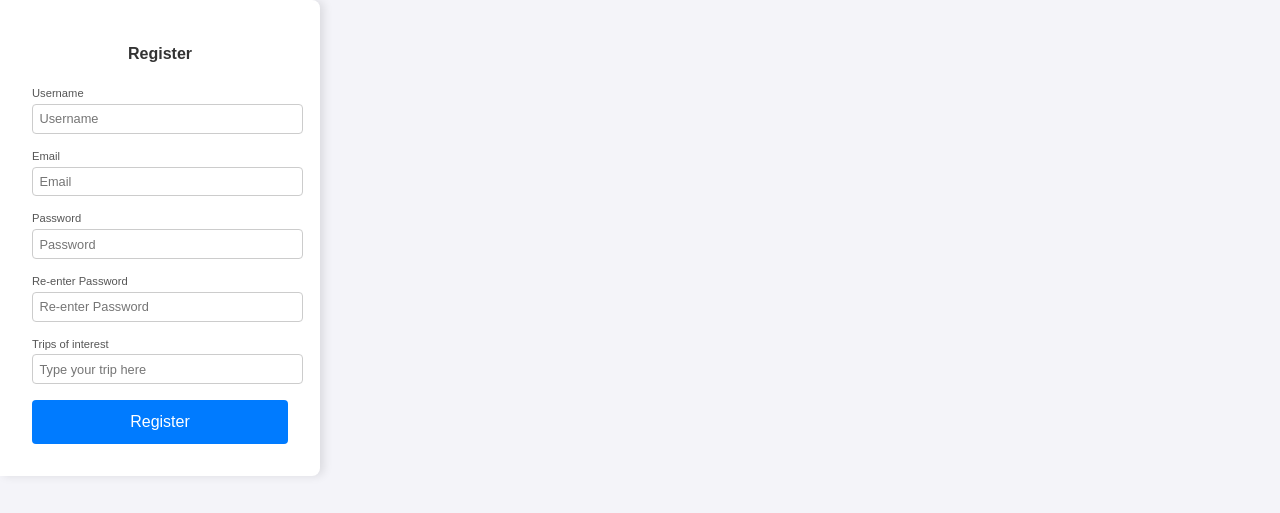
Repository: Nuttawut-Amattong/outtrip
Page: /register (app in OutTrip/)
The author's editor kept a copy of each file at every save. The page is drawn from the files as they stood at one save, then again after the next save.
The browser window is 1280 px wide. The pictures show the whole page.
The project was rebuilt for these pictures with package versions that can differ from the ones it lists, and the page was loaded fresh each time. Also part of the build but not shown: OutTrip/vite.config.js, OutTrip/src/pages/Login.jsx, OutTrip/src/pages/Forgetpass.jsx.

Above is the page before, as saved 2025-05-19 00:53:00.

### OutTrip/src/main.jsx
import { StrictMode } from 'react';
import { createRoot } from 'react-dom/client';
import { BrowserRouter, Routes, Route } from 'react-router-dom';
import Login from './pages/Login.jsx';
import Register from './pages/Register.jsx';
import Forgetpass from './pages/Forgetpass.jsx';

createRoot(document.getElementById('root')).render(
  <StrictMode>
    <BrowserRouter>
      <Routes>
        <Route path="/" element={<Login />} />
        <Route path="/register" element={<Register />} />
        <Route path="/forgot-password" element={<Forgetpass />} />
      </Routes>
    </BrowserRouter>
  </StrictMode>
);

### OutTrip/src/pages/Register.jsx
import React, { useState } from 'react';
import '../CSS/register.css';
const Register = () => {
    const [formData, setFormData] = useState({
        username: '',
        email: '',
        password: '',
        rePassword: '',
        trip: ''
    });

    const [error, setError] = useState('');

    const handleChange = (e) => {
        const { name, value } = e.target;
        setFormData({
            ...formData,
            [name]: value,
        });
        setError('');
    };

    const handleSubmit = (e) => {
        e.preventDefault();

        if (formData.password !== formData.rePassword) {
            setError('Passwords do not match');
            return;
        }

        console.log('Registering user:', formData);

    };

    return (
        <div className="register-container">
            <h2>Register</h2>
            <form onSubmit={handleSubmit}>
                <div>
                    <label htmlFor="username">Username</label>
                    <input
                        type="text"
                        id="username"
                        name="username"
                        value={formData.username}
                        onChange={handleChange}
                        placeholder="Username"
                        required
                    />
                </div>
                <div>
                    <label htmlFor="email">Email</label>
                    <input
                        type="email"
                        id="email"
                        name="email"
                        value={formData.email}
                        onChange={handleChange}
                        placeholder="Email"
                        required
                    />
                </div>
                <div>
                    <label htmlFor="password">Password</label>
                    <input
                        type="password"
                        id="password"
                        name="password"
                        value={formData.password}
                        onChange={handleChange}
                        placeholder="Password"
                        required
                    />
                </div>
                <div>
                    <label htmlFor="rePassword">Re-enter Password</label>
                    <input
                        type="password"
                        id="rePassword"
                        name="rePassword"
                        placeholder="Re-enter Password"
                        value={formData.rePassword}
                        onChange={handleChange}
                        required
                    />
                </div>
                <div>
                    <label htmlFor="trip">Trips of interest</label>
                    <input
                        type="text"
                        id="trip"
                        name="trip"
                        value={formData.trip || ''}
                        onChange={(e) => setFormData({...formData, trip: e.target.value})}
                        placeholder="Type your trip here"
                        required
                    />
                </div>
                {error && <p style={{ color: 'red' }}>{error}</p>}  {/* แสดง error */}
                <button type="submit">Register</button>
            </form>
        </div>
    );
};

export default Register;

### OutTrip/src/CSS/login.css
body {
    font-family: Arial, sans-serif;
    margin: 0;
    padding: 0;
    background-color: #f4f4f9;
    display: block;
}

.login-container {
    background-color: #ffffff;
    padding: 2rem;
    border-radius: 0 8px 8px 0;
    box-shadow: 4px 0 10px rgba(0, 0, 0, 0.1);
    width: 100%;
    max-width: 320px;
    height: 100vh;
    box-sizing: border-box;
    position: fixed;
    left: 0;
    top: 0;
}

.login-container h1 {
    font-size: 1.8rem;
    margin-bottom: 1.5rem;
    color: #333333;
    text-align: center;
}

.login-container form {
    display: flex;
    flex-direction: column;
}

.login-container label {
    font-size: 0.9rem;
    margin-bottom: 0.5rem;
    color: #555555;
}

.login-container input[type="text"],
.login-container input[type="user"],
.login-container input[type="password"] {
    padding: 0.8rem;
    margin-bottom: 1rem;
    border: 1px solid #cccccc;
    border-radius: 4px;
    font-size: 1rem;
}

.login-container input[type="text"]:focus,
.login-container input[type="userl"]:focus,
.login-container input[type="password"]:focus {
    border-color: #007bff;
    outline: none;
}

.login-container button {
    padding: 0.8rem;
    background-color: #007bff;
    color: #ffffff;
    border: none;
    border-radius: 4px;
    font-size: 1rem;
    cursor: pointer;
    transition: background-color 0.3s ease;
}

.login-container button:hover {
    background-color: #0056b3;
}

.login-container .forgot-password {
    margin-top: 1rem;
    text-align: center;
}

.login-container .forgot-password a {
    color: #007bff;
    text-decoration: none;
    font-size: 0.9rem;
}

.login-container .forgot-password a:hover {
    text-decoration: underline;
}

.login-links {
    margin-top: 1rem;
    text-align: center;
    font-size: 0.85rem;
    color: #333333;
    display: flex;
    flex-direction: column;
    gap: 0.5rem;
}

.login-links a {
    color: inherit;
    text-decoration: none;
    cursor: pointer;
}

.login-links a:hover {
    text-decoration: underline;
}

### OutTrip/src/CSS/register.css
/* register.css */
body {
    font-family: Arial, sans-serif;
    margin: 0;
    padding: 0;
    background-color: #f4f4f9;
}

.register-container {
    background-color: #ffffff;
    padding: 2rem;
    border-radius: 0 8px 8px 0;
    box-shadow: 4px 0 10px rgba(0, 0, 0, 0.1);
    width: 100%;
    max-width: 320px;
    box-sizing: border-box;
    position: absolute;
    left: 0;
    top: 0;
}

.register-container h2 {
    font-size: 1rem;
    margin-bottom: 1.5rem;
    color: #333333;
    text-align: center;
}

.register-container form {
    display: flex;

    flex-direction: column;
}

.register-container label {
    font-size: 0.7rem;
    margin-bottom: 0.3rem;
    color: #555555;
    display: block;
}

.register-container input[type="text"],
.register-container input[type="email"],
.register-container input[type="password"] {
    padding: 0.4rem;
    margin-bottom: 1rem;
    border: 1px solid #cccccc;
    border-radius: 4px;
    font-size: 0.8rem;
    width: 100%;
}

.register-container input:focus {
    border-color: #007bff;
    outline: none;
}

.register-container button {
    padding: 0.8rem;
    background-color: #007bff;
    color: #ffffff;
    border: none;
    border-radius: 4px;
    font-size: 1rem;
    cursor: pointer;
    transition: background-color 0.3s ease;
}

.register-container button:hover {
    background-color: #0056b3;
}

.register-container p {
    font-size: 0.2rem;
    color: red;
    margin-top: -0.5rem;
    margin-bottom: 1rem;
}

### OutTrip/src/CSS/forgetpass.css
body {
    font-family: Arial, sans-serif;
    margin: 0;
    padding: 0;
    background-color: #f4f4f9;
    display: block;
}


.forgetpass-container {
    background-color: #ffffff;
    padding: 2rem;
    border-radius: 0 8px 8px 0;
    box-shadow: 4px 0 10px rgba(0, 0, 0, 0.1);
    width: 100%;
    max-width: 400px;
    height: 100vh;
    box-sizing: border-box;
    position: fixed;
    left: 0;
    top: 0;
}

.forgetpass-title {
    font-size: 1.5rem;
    font-weight: 600;
    color: #333;
    margin-bottom: 20px;
}

.forgetpass-form {
    width: 100%;
    display: flex;
    flex-direction: column;
}

.forgetpass-label {
    font-size: 0.9rem;
    color: #444;
    margin-bottom: 6px;
}

.forgetpass-input {
    padding: 10px;
    font-size: 1rem;
    border: 1px solid #ccc;
    border-radius: 5px;
    margin-bottom: 16px;
    outline: none;
    transition: border 0.2s;
}

.forgetpass-input:focus {
    border-color: #999;
}

.forgetpass-btn {
    background-color: #333;
    color: #fff;
    font-size: 1rem;
    font-weight: 500;
    border: none;
    border-radius: 5px;
    padding: 10px 0;
    cursor: pointer;
    transition: background-color 0.2s;
}

.forgetpass-btn:hover {
    background-color: #222;
}

.forgetpass-link {
    margin-top: 14px;
    font-size: 0.85rem;
    color: #666;
    text-align: center;
    text-decoration: none;
}

.forgetpass-link:hover {
    text-decoration: underline;
}

Loaded but not shown: OutTrip/index.html (common file)

After the next save:
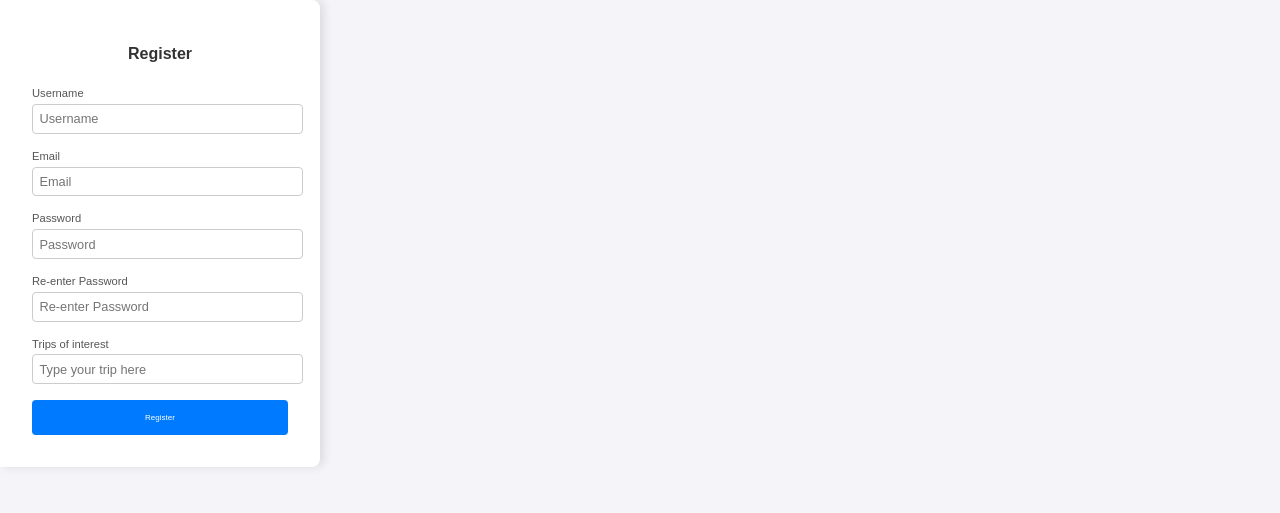
Saved 10 s later.
--- a/OutTrip/src/CSS/register.css
+++ b/OutTrip/src/CSS/register.css
@@ -61,7 +61,7 @@
     color: #ffffff;
     border: none;
     border-radius: 4px;
-    font-size: 1rem;
+    font-size: 0.5rem;
     cursor: pointer;
     transition: background-color 0.3s ease;
 }

After the 6 saves that followed:
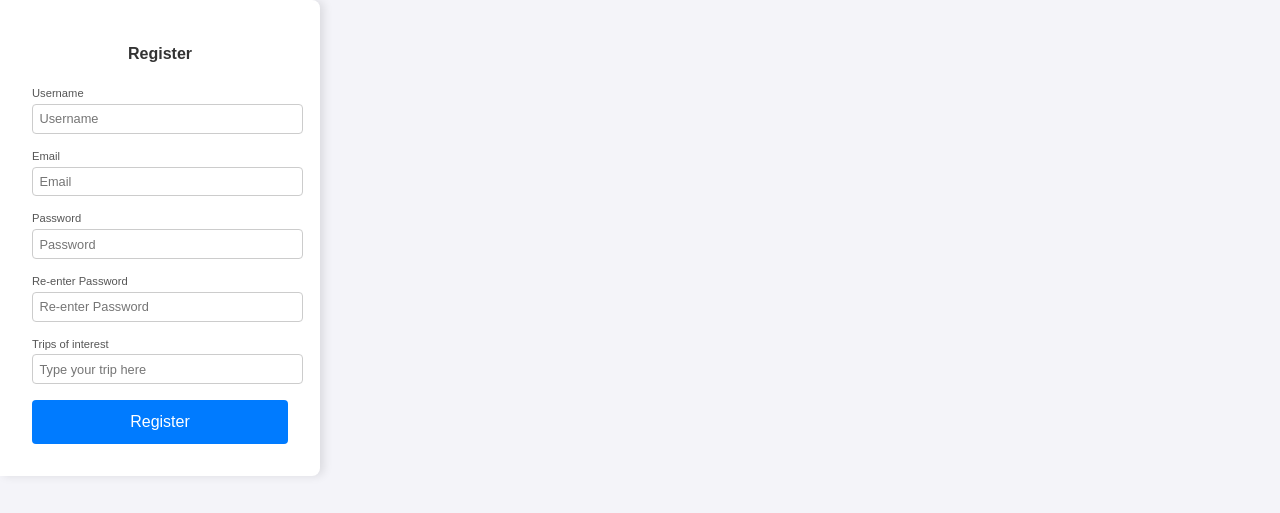
The 6 saves are shown as one change because they came seconds apart.
The last was saved 17 s later.
--- a/OutTrip/src/CSS/register.css
+++ b/OutTrip/src/CSS/register.css
@@ -61,7 +61,7 @@
     color: #ffffff;
     border: none;
     border-radius: 4px;
-    font-size: 0.5rem;
+    font-size: 1rem;
     cursor: pointer;
     transition: background-color 0.3s ease;
 }
